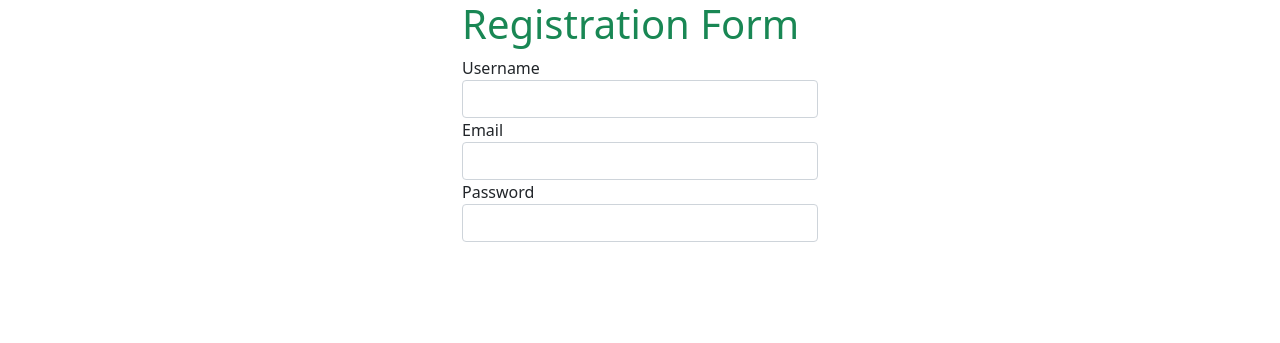
Repository: Laxman877/MyWorkspace
Page: Corejava/Learning_Web/src/main/webapp/boostrapDemo2.html
An editor plug-in stored every save of this project. The page is shown before and after the next save, followed by the edit.
The browser window is 1280 px wide. The pictures show the whole page.

Above is the page before, as saved 2022-04-27 06:15:18.

### Corejava/Learning_Web/src/main/webapp/boostrapDemo2.html
<!DOCTYPE html>
<html lang="en">
<head>
 <!-- Required meta tags -->
 <meta charset="ISO-8859-1">
    <meta name="viewport" content="width=device-width, initial-scale=1">

    <!-- Bootstrap CSS -->
<link href="https://cdn.jsdelivr.net/npm/bootstrap@5.0.2/dist/css/bootstrap.min.css" rel="stylesheet" integrity="sha384-EVSTQN3/azprG1Anm3QDgpJLIm9Nao0Yz1ztcQTwFspd3yD65VohhpuuCOmLASjC" crossorigin="anonymous">
    <script src="https://cdn.jsdelivr.net/npm/bootstrap@5.0.2/dist/js/bootstrap.bundle.min.js" integrity="sha384-MrcW6ZMFYlzcLA8Nl+NtUVF0sA7MsXsP1UyJoMp4YLEuNSfAP+JcXn/tWtIaxVXM" crossorigin="anonymous"></script>
<title>Hello, World</title>
</head>
<body>
<div class="container">
<div class="row">
<div class="col-md-4"></div>
<div class="col-md-4">

<h1 class="text-success">Registration Form</h1>
<form action="">

<div class="form-group">
<label>Username</label>
<input type="text" class="form-control">
</div>
<div class="form-group">
<label>Email</label>
<input type="text" class="form-control">
</div>
<div class="form-group">
<label>Password</label>
<input type="text" class="form-control">
</div>
</form>

</div>
</div>
</div>

</body>
</html>

After the next save:
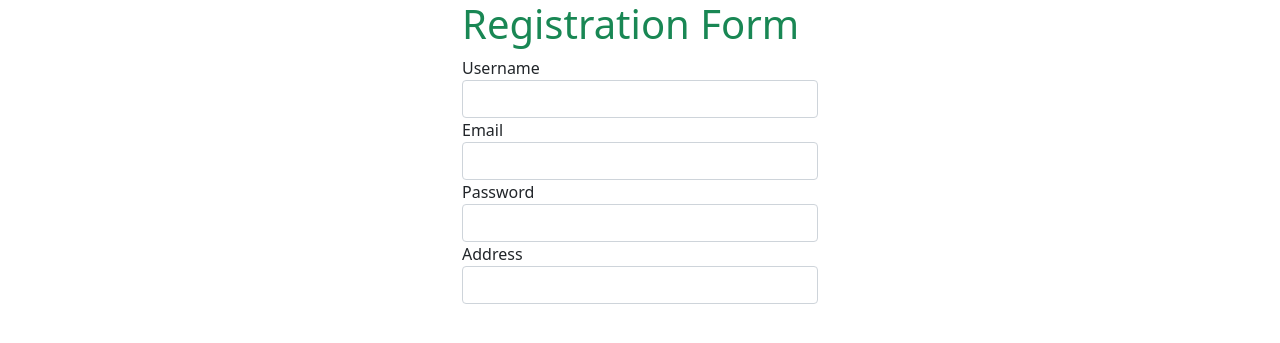
Saved 40 s later.
--- a/Corejava/Learning_Web/src/main/webapp/boostrapDemo2.html
+++ b/Corejava/Learning_Web/src/main/webapp/boostrapDemo2.html
@@ -31,6 +31,10 @@
 <label>Password</label>
 <input type="text" class="form-control">
 </div>
+<div class="form-group">
+<label>Address</label>
+<input type="text" class="form-control">
+</div>
 </form>
 
 </div>
